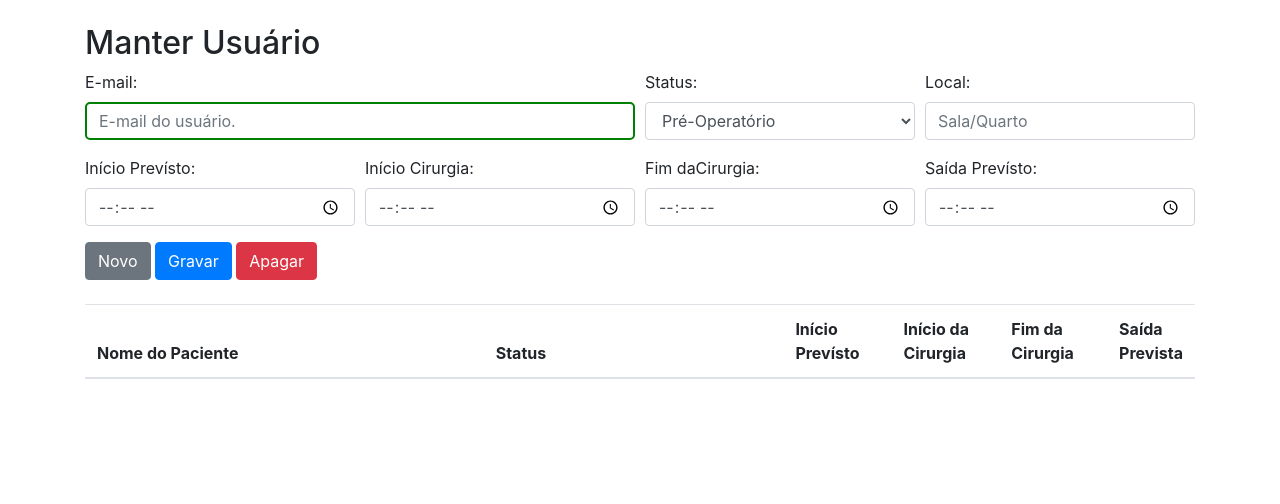
Repository: eduardo-r-jesus/Projeto_Centro_Cirurgico
Page: http://localhost/centro_cirurgico_web/formManterUsuario.jsp
These files come from the project's save history. The page is drawn as it stood at one moment and after the next save; the edit follows.
The browser window is 1280 px wide. The pictures show the whole page.
The page is served by Tomcat 9.

Above is the page before, as saved 2021-09-07 00:28:36.

After the next save:
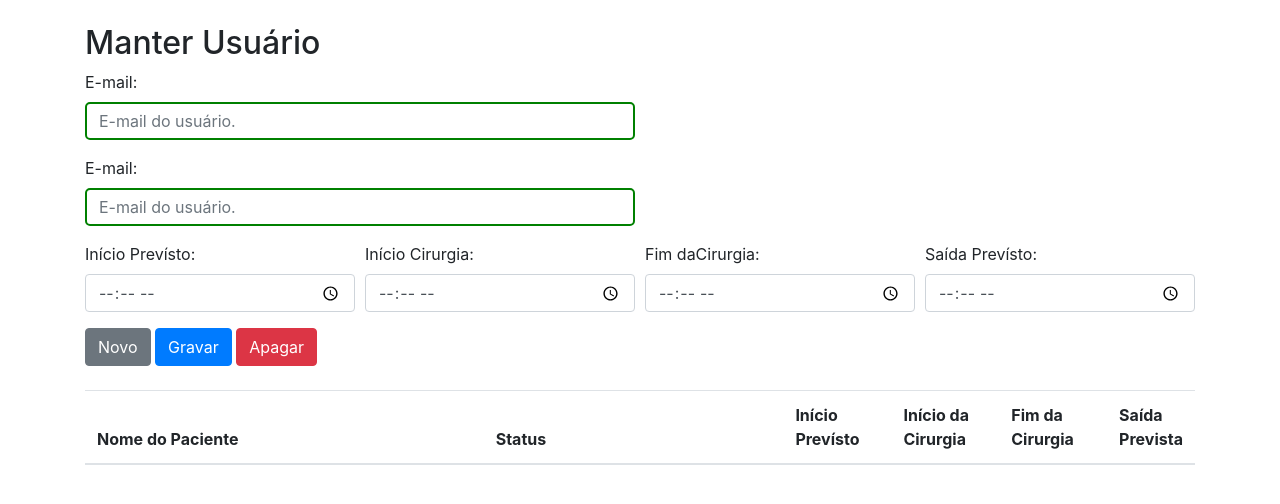
Saved 2 min 24 s later.
--- a/centro_cirurgico_web/src/main/webapp/formManterUsuario.jsp
+++ b/centro_cirurgico_web/src/main/webapp/formManterUsuario.jsp
@@ -1,5 +1,5 @@
 <%@ page language="java" contentType="text/html; charset=UTF-8"
-    pageEncoding="UTF-8"%>
+	pageEncoding="UTF-8"%>
 <!DOCTYPE html>
 <html>
 <head>
@@ -10,7 +10,7 @@
 <link rel="stylesheet" href="css/estilo.css">
 </head>
 <body>
-<%@ include file="menu.jsp" %>
+	<%@ include file="menu.jsp"%>
 	<div class="container">
 		<br>
 		<h2>Manter Usuário</h2>
@@ -22,21 +22,16 @@
 						class="form-control" id="email" placeholder="E-mail do usuário."
 						name="email">
 				</div>
-				<div class="form-group col-md-3">
-					<label for="nome">Status:</label> <select name="status" id="status"
-						class="form-control">
-						<option value="operatorio">Pré-Operatório</option>
-						<option value="sala-cirurgica">Em sala cirúrgica</option>
-						<option value="recuperacao">Em recuperação</option>
-						<option value="transferido">Transferído</option>
-					</select>
+			</div>
+			<div class="form-row">
+				<div class="form-group col-md-6">
+					<label for="email">E-mail:</label> <input type="email"
+						class="form-control" id="email" placeholder="E-mail do usuário."
+						name="email">
 				</div>
-				<div class="form-group col-md-3">
-					<label for="local">Local:</label> <input type="text"
-						class="form-control" id="local" placeholder="Sala/Quarto"
-						name="local">
-				</div>
+
 			</div>
+
 			<div class="form-row">
 				<div class="form-group  col-md-3">
 					<label for="inicio-previsto">Início Prevísto:</label> <input
